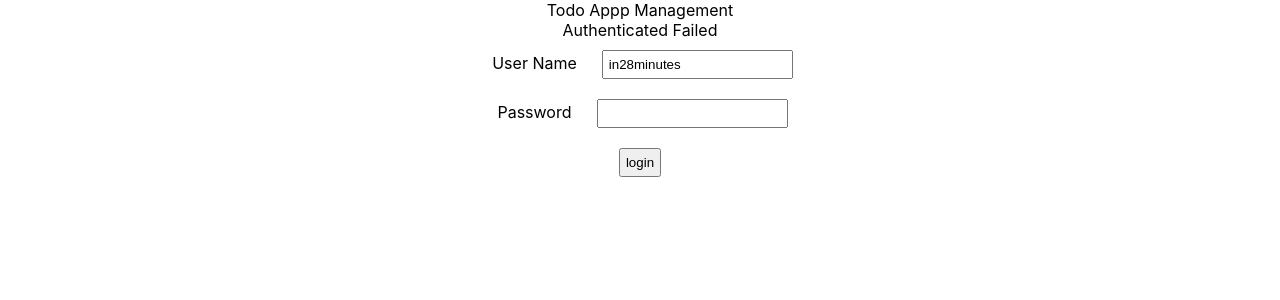
Repository: alexveremis/ReactWithRestAPI
Page: /login
These files come from the project's save history. The page is drawn as it stood at one moment and after the next save; the edit follows.
The browser window is 1280 px wide. The pictures show the whole page.
The project was rebuilt for these pictures with package versions that can differ from the ones it lists, and the page was loaded fresh each time.

Above is the page before, as saved 2023-11-23 15:58:24.

### src/App.js
import './App.css';
import TodoApp from './components/todo/TodoApp'


function App() {
  return (
    <div className="App">
      <TodoApp />
    </div>
  );
}


export default App;

### src/components/todo/TodoApp.jsx
import './TodoApp.css'
import { useState } from 'react'


export default function TodoApp(){
    return(
        <div className="TodoApp">
            Todo Appp Management
            <LoginComponent />
            {/* <WelcomeComponent /> */}

        </div>
    )
}

function LoginComponent(){

    function handleUsernameChange(event){
        console.log(event.target.value);
        setUsername(event.target.value)
    }
    function handlePasswordChange(event){
        console.log(event.target.value);
        setPassword(event.target.value)
    }

    function handleSubmit(event){
        console.log(username);
        console.log(password);
        if(username==='alex' && password==='ver'){
            console.log('Success');
            setSuccessMessage(true);
        } else{
            console.log('Failed');
            setSuccessMessage(false);
        }
    }

    const [username, setUsername] = useState('in28minutes')
    const [password, setPassword] = useState('')
    const [showSuccessMessage, setSuccessMessage] = useState(false)

    return(
        <div className="Login">
            {showSuccessMessage && <div className="successMessage">Authenticated Successfully</div>}
            {!showSuccessMessage && <div className="errorMessage">Authenticated Failed</div>}

            <div className="LoginForm">
                <div>
                    <label>User Name</label>
                    <input type="text" name="username" value={username} onChange={handleUsernameChange}/>
                </div>
                <div>
                    <label>Password</label>
                    <input type="password" name="password" value={password} on onChange={handlePasswordChange}/>
                </div>
                <div>
                    <button type="button" name="login" onClick={handleSubmit}>login</button>
                </div>
            </div>
        </div>
    )
}

function WelcomeComponent(){
    return(
        <div className="Welcome">
            Welcome Component
        </div>
    )
}

### src/components/todo/TodoApp.css
label, input, button {
    margin: 10px;
    padding: 5px;
}

Loaded but not shown: public/index.html (common file); src/index.js (common file); src/index.css (common file); src/reportWebVitals.js (common file); src/App.css (common file)

After the next save:
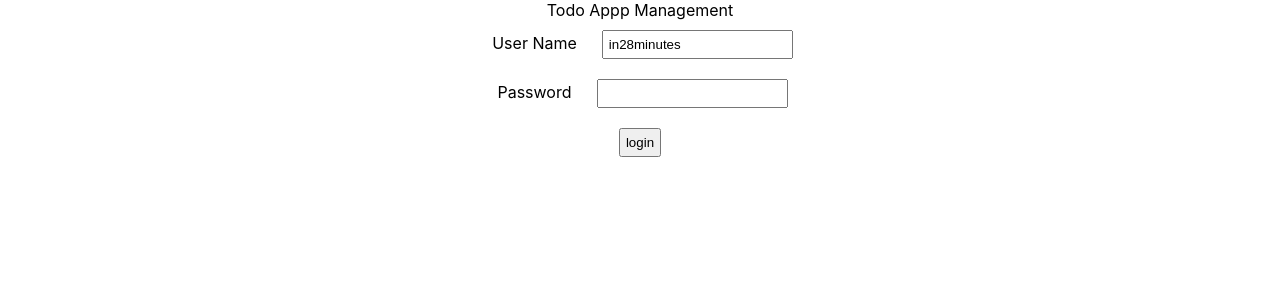
Saved 40 s later.
--- a/src/components/todo/TodoApp.jsx
+++ b/src/components/todo/TodoApp.jsx
@@ -43,7 +43,7 @@
     return(
         <div className="Login">
             {showSuccessMessage && <div className="successMessage">Authenticated Successfully</div>}
-            {!showSuccessMessage && <div className="errorMessage">Authenticated Failed</div>}
+            {showSuccessMessage && <div className="errorMessage">Authenticated Failed</div>}
 
             <div className="LoginForm">
                 <div>

After the save that followed:
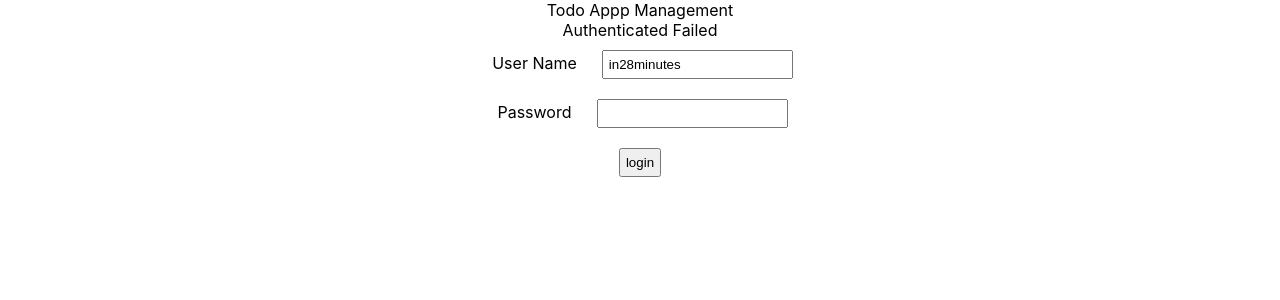
Saved 22 s later.
--- a/src/components/todo/TodoApp.jsx
+++ b/src/components/todo/TodoApp.jsx
@@ -43,7 +43,7 @@
     return(
         <div className="Login">
             {showSuccessMessage && <div className="successMessage">Authenticated Successfully</div>}
-            {showSuccessMessage && <div className="errorMessage">Authenticated Failed</div>}
+            {!showSuccessMessage && <div className="errorMessage">Authenticated Failed</div>}
 
             <div className="LoginForm">
                 <div>
